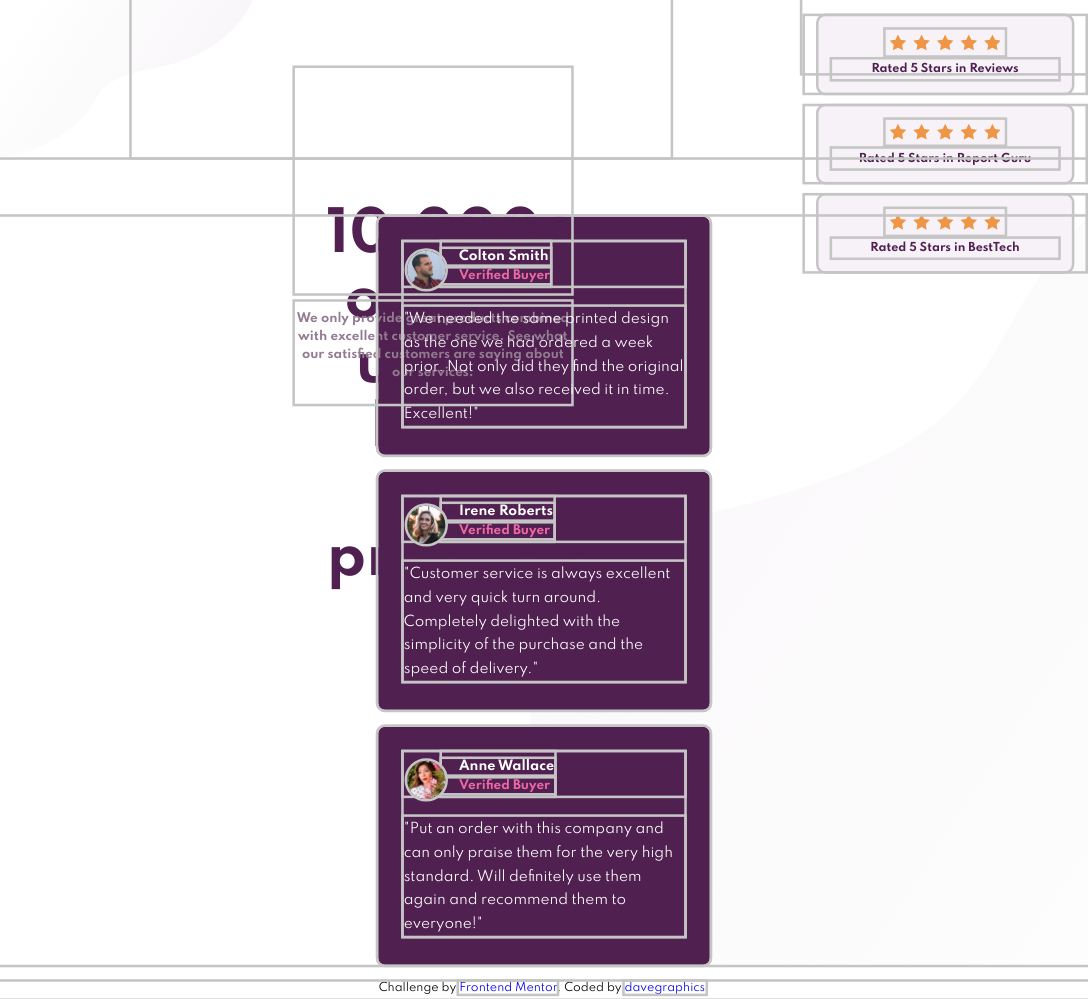
Repository: DejV44/social-proof-section-master
Page: index.html
The author's editor kept a copy of each file at every save. The page is drawn from the files as they stood at one save, then again after the next save.
The browser window is 1280 px wide. The pictures show the whole page, at 85% of full size.
The style sheet was rebuilt from its Sass, Less or Tailwind sources for each picture, by a compiler version that may differ from the author's.

Above is the page before, as saved 2021-06-21 20:59:12.

### index.html
<!DOCTYPE html>

<html lang="en">
<head>
    <meta charset="UTF-8">
    <meta http-equiv="X-UA-Compatible" content="IE=edge">
    <meta name="viewport" content="width=device-width, initial-scale=1.0">
    <link rel="stylesheet" href="../css/main.css">
    <title>social-proof-section-master</title>
</head>
<body>
    <section class="main">
        <div class="title">
            <h1 class="title item-1">10,000+ of our users love our products.</h1>
            <p class="item-2">We only provide great products combined with excellent customer service. See what our satisfied customers are saying about our services.</p>
        </div>
        <div class="container">
            <ul>
                <li class="item-3">
                    <img src="../img/stars.svg" alt="stars">
                    <h3>Rated 5 Stars in Reviews</h3>
                </li>
            </ul>

            <ul>
                <li class="item-4">
                    <img src="../img/stars.svg" alt="stars">
                    <h3>Rated 5 Stars in Report Guru</h3>
                </li>
            </ul>

            <ul>
                <li class="item-5">
                    <img src="../img/stars.svg" alt="stars">
                    <h3>Rated 5 Stars in BestTech</h3>
                </li>
            </ul>
        </div>
    </section>

    <section class="citate">
        <ul>
            <li>
                <div class="identy">
                    <img src="../img/image-colton.jpg" alt="stars">
                    <div>
                        <h3>Colton Smith</h3>
                        <h4>Verified Buyer</h4>
                    </div>
                </div>
                <blockquote>"We needed the same printed design as the one we had ordered a week prior. Not only did they find the original order, but we also received it in time. Excellent!"</blockquote>
            </li>
        </ul>

        <ul>
            <li>
                <div class="identy">
                    <img src="../img/image-irene.jpg" alt="stars">
                    <div>
                        <h3>Irene Roberts</h3>
                        <h4>Verified Buyer</h4>
                    </div>
                </div>
                <blockquote>"Customer service is always excellent and very quick turn around. Completely delighted with the simplicity of the purchase and the speed of delivery."</blockquote>
            </li>
        </ul>

        <ul>
            <li>
                <div class="identy">
                    <img src="../img/image-anne.jpg" alt="stars">
                    <div>
                        <h3>Anne Wallace</h3>
                        <h4>Verified Buyer</h4>
                    </div>
                </div>
                <blockquote>"Put an order with this company and can only praise them for the very high standard. Will definitely use them again and recommend them to everyone!"</blockquote>
            </li>
        </ul>
    </section>
    <div class="attribution">
        Challenge by
        <a href="https://www.frontendmentor.io?ref=challenge" target="_blank"
          >Frontend Mentor</a
        >. Coded by <a href="#">davegraphics</a>.
      </div>

</body>
</html>

### css/main.scss
@import url('https://fonts.googleapis.com/css2?family=Spartan:wght@400;500;700&display=swap');

*{
    margin: 0;
    padding: 0;
    -webkit-font-smoothing: antialiased;
    outline: 3px solid rgb(197, 197, 197);
}

:root {
    --primary-color: hsl(300, 43%, 22%);
    --soft-pink: hsl(333, 80%, 67%);
    --neutral-color: hsl(303, 10%, 53%);
    --light-color: hsl(300, 24%, 96%);
    --white: hsl(0, 0%, 100%);
}

body {
    margin: 0;
    padding: 0;
    //background: var(--white);
    font-family: 'Spartan', sans-serif;




    .main {
        text-align: center;
        margin: 0 auto 70px auto;
        background-image: url(..//img/bg-pattern-top-mobile.svg);
        background-repeat: no-repeat;
        background-size: contain;



        .title {
            margin: 0 auto;
            padding: 2.5em 15% 0 15%;
            font-size: 2em;
            font-weight: bold;
            color: var(--primary-color);
            width: 250px;
            height: 105px;
        }

        p {
            padding: 10px 0;
            margin: 10px auto;
            color: var(--neutral-color);
            line-height: 1.5em;
            width: 325px;
            height: 100px;
            font-size: 14px;
        }

        .container {
            padding: .2em;
            width: 330px;
            height: 80px;
            display: inline-block;


            li {
                list-style: none;
                padding: 1em;
                margin: 1em;
                background: var(--light-color);
                border-radius: .5em;

                img {
                    padding: .3em;
                    width: 130px;
                    height: 20px;
                }

                h3 {
                    padding: .3em;
                    color: var(--primary-color);
                    font-size: 13px;
                }
            }
        }


    }
    .citate :first-element {
        margin-top: 100px;
    }

    .citate {
        background-image: url(..//img/bg-pattern-bottom-mobile.svg);
        background-repeat: no-repeat;
        background-size: contain;
        background-position-x: 100%;
        background-position-y: 100%;



        ul {
            list-style: none;
            padding: 30px;

            background: var(--primary-color);
            border-radius: .5em;
            width: 330px;
            height: 220px;
            margin: 0px auto 20px auto;



                .identy {
                    display: flex;




                    h3 {
                        color: var(--white);
                        margin: .5em 0 .2em 0;
                        padding-left: 20px;
                        font-size: 15px;

                    }

                    h4 {
                        color: var(--soft-pink);
                        margin: .4em 0 .2em 0;
                        padding-left: 20px;
                        font-size: 14px;

                    }

                    img {
                        margin-top: 6px;
                        border-radius: 5em;
                        width: 45px;
                        height: 45px;
                        position: relative;
                        top: 4px;
                        left: 4px;
                    }


                }
                blockquote {
                    color: var(--white);
                    margin-top: 25px;
                    line-height: 28px;
                    text-align: left;
                }
        }


    }

    .attribution {
        text-align: center;
        font-size: 13px;
        padding-bottom: 5px;

        a {
            text-decoration: none;
            font-size: 13px;

        }
    }

}

@media only screen and (min-width: 768px) {

    .main {
        display: flex;
        flex-wrap: nowrap;
        justify-content: space-between;

        .titles {
            align-items: flex-start;
        }

        .container {
            align-items: flex-end;
        }
    }
}

After the next save:
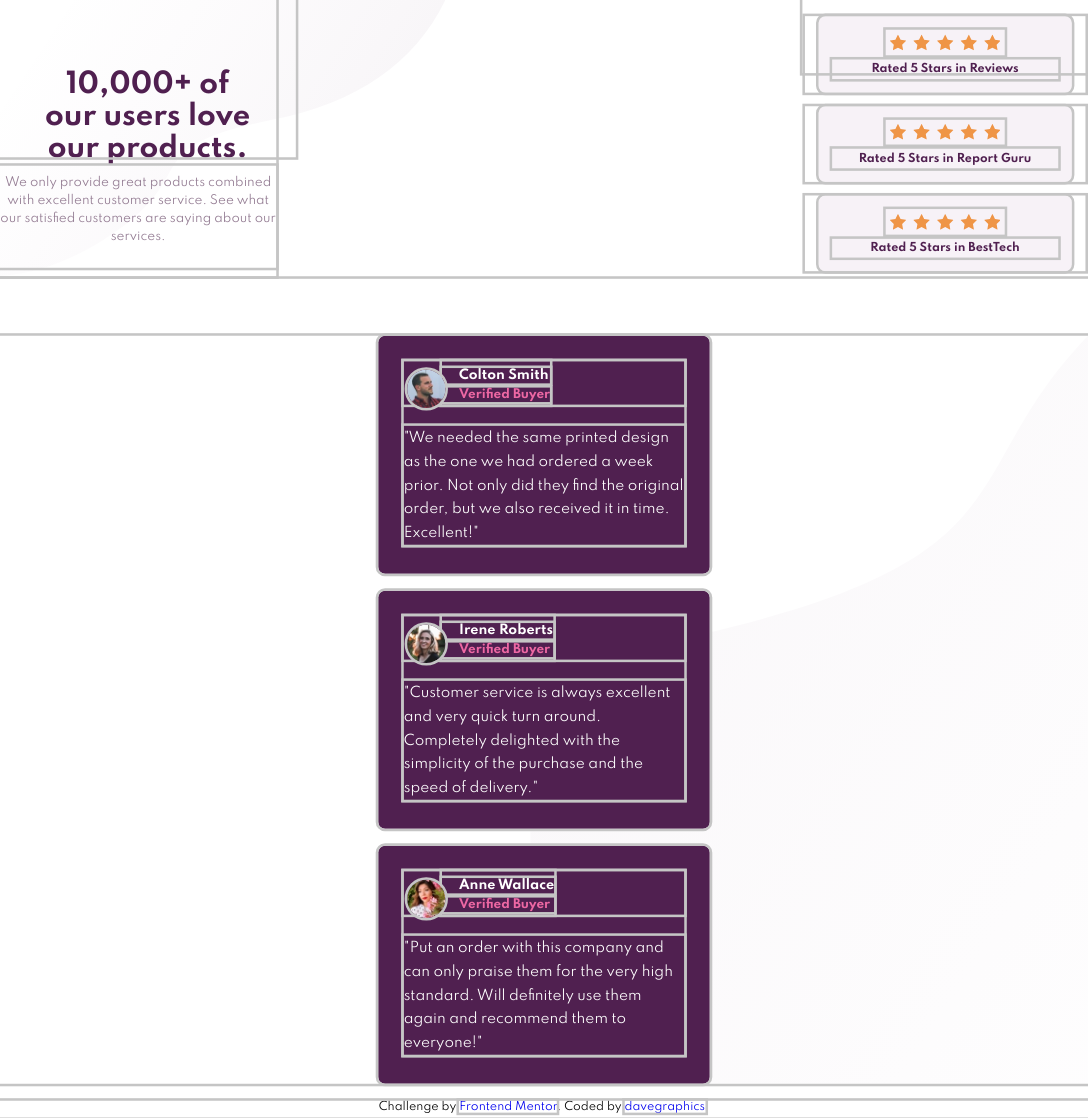
Saved 2 s later.
--- a/index.html
+++ b/index.html
@@ -10,7 +10,7 @@
 </head>
 <body>
     <section class="main">
-        <div class="title">
+        <div class="titles">
             <h1 class="title item-1">10,000+ of our users love our products.</h1>
             <p class="item-2">We only provide great products combined with excellent customer service. See what our satisfied customers are saying about our services.</p>
         </div>
